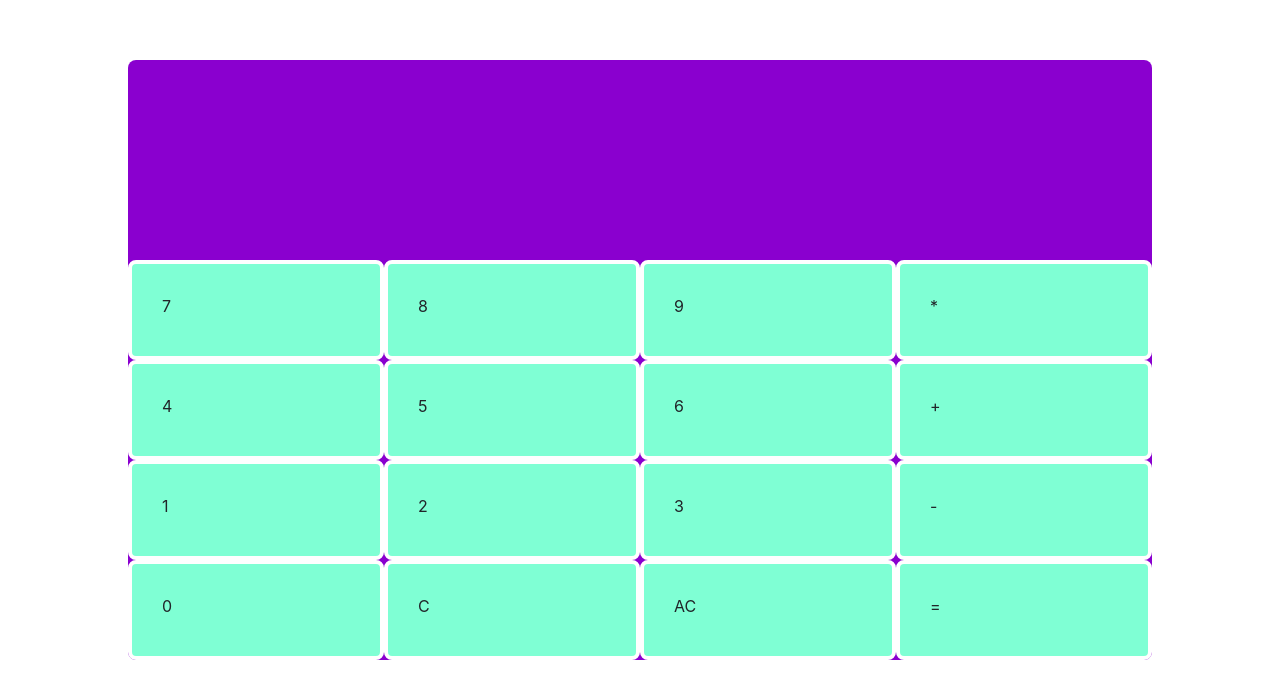
Repository: alessandradiamantino/Curso-Front-End-Design
Page: 1 - Introdução ao HTML e CSS/3 - Layouts, Grids e Flexbox/Bootstrap Grid system/index.html
An editor plug-in stored every save of this project. The page is shown before and after the next save, followed by the edit.
The browser window is 1280 px wide. The pictures show the whole page.

Above is the page before, as saved 2023-04-24 10:57:33.

After the next save:
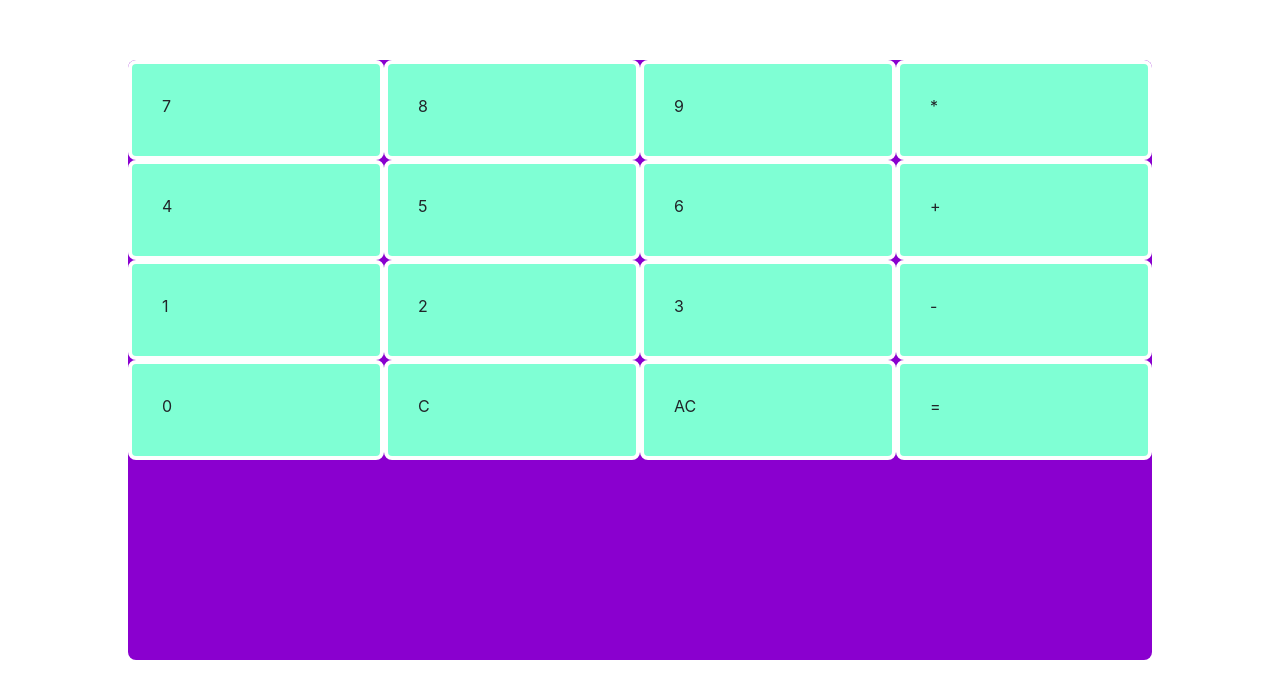
Saved 7 min 24 s later.
--- a/1 - Introdução ao HTML e CSS/3 - Layouts, Grids e Flexbox/Bootstrap Grid system/css/style.css
+++ b/1 - Introdução ao HTML e CSS/3 - Layouts, Grids e Flexbox/Bootstrap Grid system/css/style.css
@@ -22,7 +22,7 @@ body {
   flex-flow: row wrap;
   justify-content: space-between;
   align-items: flex-start;
-  align-content: flex-end;
+  align-content: flex-start;
 }
 
 .my-item {
